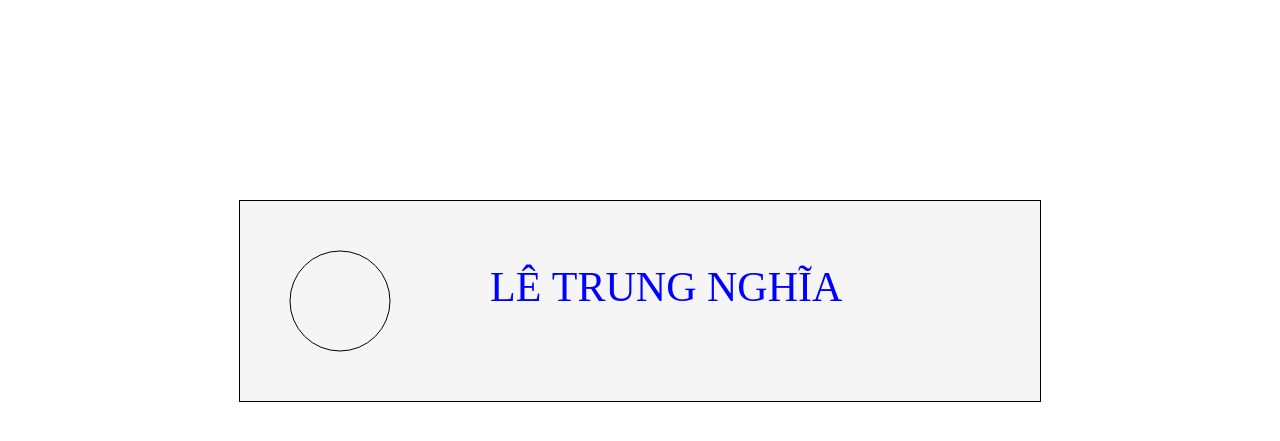
Repository: Nghia19/WEB20022-_00
Page: HTML5_CSS3/bai-4.html
These files come from the project's save history. The page is drawn as it stood at one moment and after the next save; the edit follows.
The browser window is 1280 px wide. The pictures show the whole page.

Above is the page before, as saved 2021-06-26 13:39:23.

### HTML5_CSS3/bai-4.html
<!DOCTYPE html>
<html lang="en">
  <head>
    <meta charset="UTF-8" />
    <meta http-equiv="X-UA-Compatible" content="IE=edge" />
    <meta name="viewport" content="width=device-width, initial-scale=1.0" />
    <title>Bài 4</title>
  </head>

  <body>
    <canvas
      id="arcexmaple"
      width="800"
      height="200"
      style="
        display: block;
        margin: 200px auto;
        background: whitesmoke;
        border-color: rgb(162, 0, 255);
        border: 1px solid #000;
      "
    >
    </canvas>
    <script>
      const canvas = document.getElementById("arcexmaple");
      let ctx = canvas.getContext("2d");
      ctx.font = "42px serif";
      ctx.fillStyle = "blue";
      ctx.fillText("LÊ TRUNG NGHĨA", 250, 100);
      ctx.beginPath();
      ctx.arc(100, 100, 50, 0, 2 * Math.PI);
      ctx.stroke();
    </script>
  </body>
</html>

After the next save:
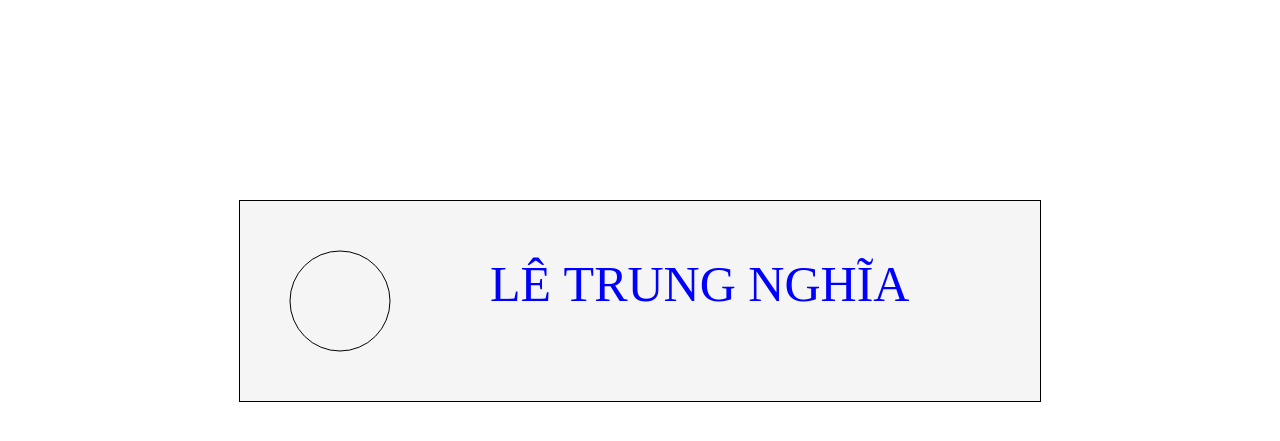
Saved 16 s later.
--- a/HTML5_CSS3/bai-4.html
+++ b/HTML5_CSS3/bai-4.html
@@ -24,7 +24,7 @@
     <script>
       const canvas = document.getElementById("arcexmaple");
       let ctx = canvas.getContext("2d");
-      ctx.font = "42px serif";
+      ctx.font = "50px serif";
       ctx.fillStyle = "blue";
       ctx.fillText("LÊ TRUNG NGHĨA", 250, 100);
       ctx.beginPath();
